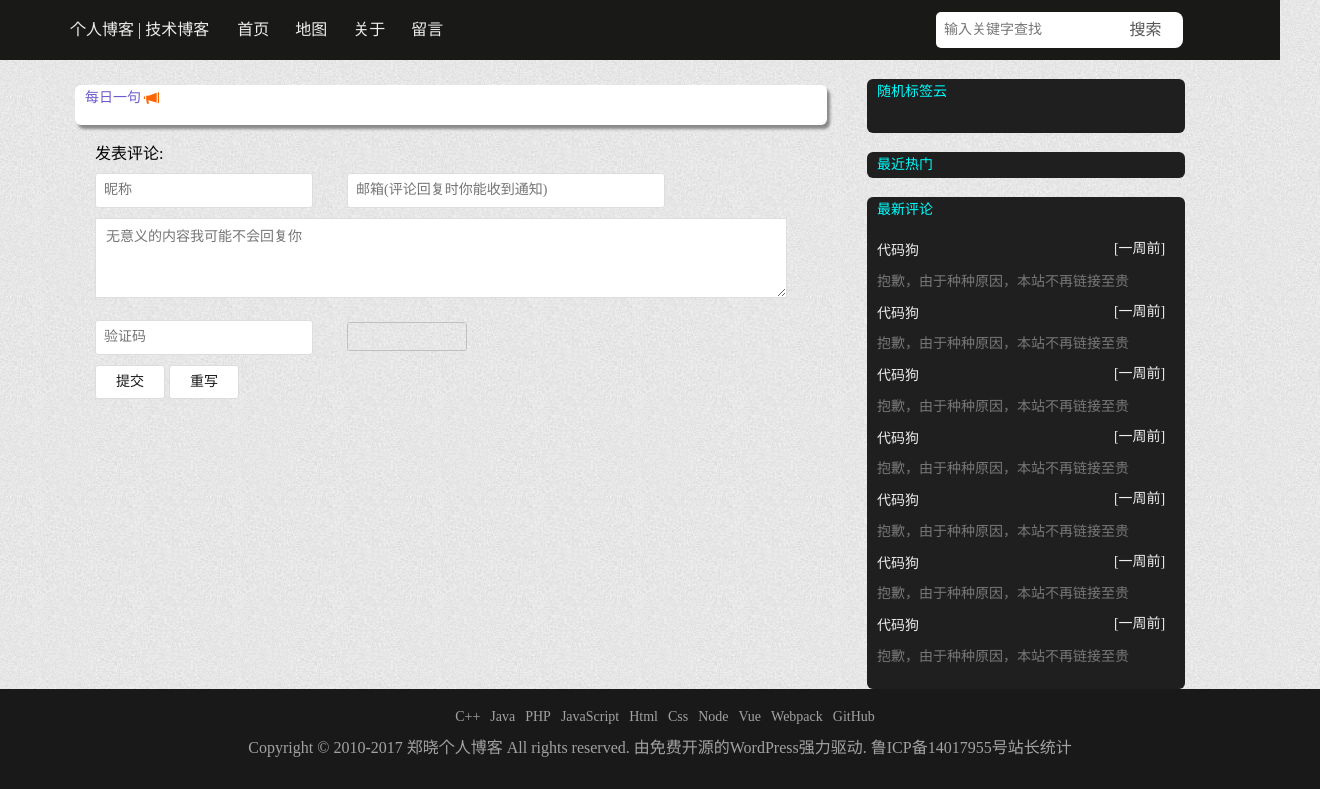
Repository: li1214/my_blog
Page: page/blog.html
The author's editor kept a copy of each file at every save. The page is drawn from the files as they stood at one save, then again after the next save.
The browser window is 1280 px wide. The page is 1320 px wide, so the pictures cover 1320 px, including what lies to the right of the window. The pictures show the whole page.
The page's requests for data from a server got no answer.

Above is the page before, as saved 2019-01-09 10:11:36.

After the next save:
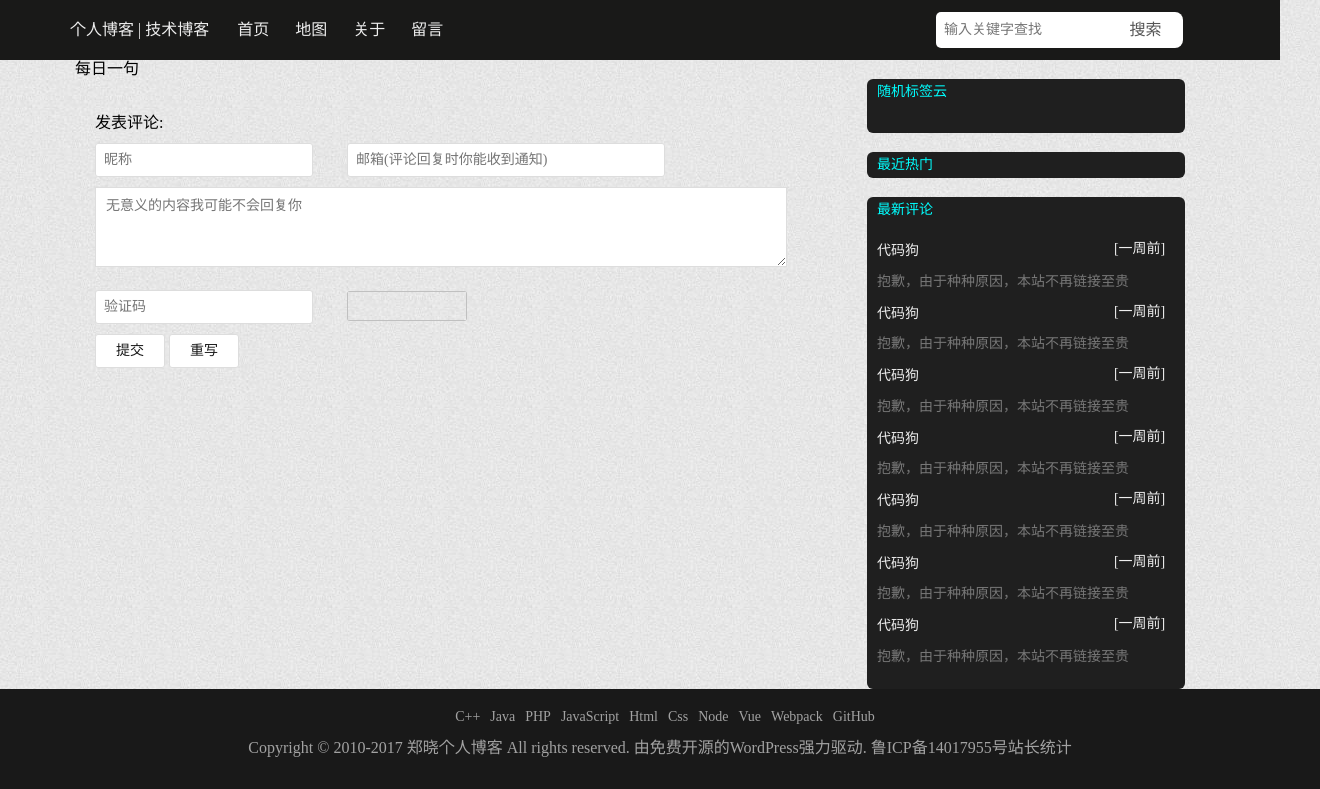
Saved 7 s later.
--- a/page/blog.html
+++ b/page/blog.html
@@ -30,7 +30,7 @@
     </header>
     <div class="content">
         <div class="content-left">
-            <div class="every-day" id='every_day'>
+            <div class="blog" id='every_day'>
                 <span>每日一句</span>
                 <p v-html='content'></p>
             </div>
